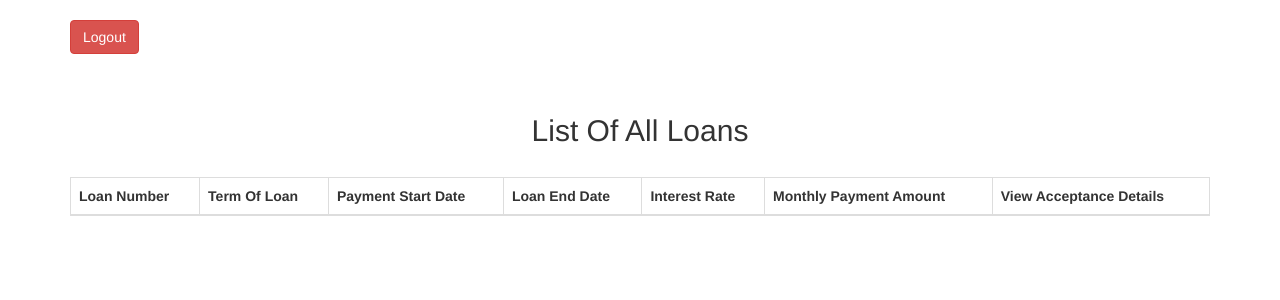
Repository: Bayvao/E-Loan-Project
Page: http://localhost/E-Loan-Project/WEB-INF/views/loan-list.jsp
These files come from the project's save history. The page is drawn as it stood at one moment and after the next save; the edit follows.
The browser window is 1280 px wide. The pictures show the whole page.
The page is served by Tomcat 9. Nobody is signed in. The template is opened directly, without the code that normally fills it, so the values that code supplies are empty.

Above is the page before, as saved 2020-07-25 07:45:41.

After the next save:
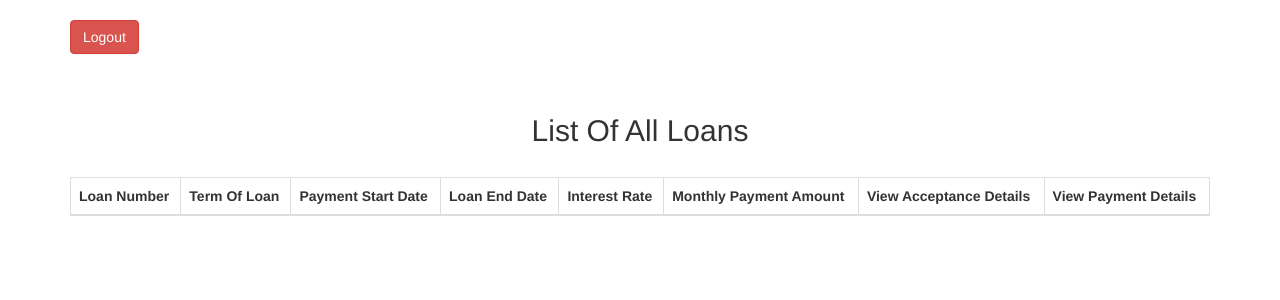
Saved 17 s later.
--- a/E-Loan-Project/src/main/webapp/WEB-INF/views/loan-list.jsp
+++ b/E-Loan-Project/src/main/webapp/WEB-INF/views/loan-list.jsp
@@ -69,6 +69,7 @@ h2 {
 					<th scope="col">Interest Rate</th>
 					<th scope="col">Monthly Payment Amount</th>
 					<th scope="col">View Acceptance Details</th>
+					<th scope="col">View Payment Details</th>
 
 				</tr>
 			</thead>
